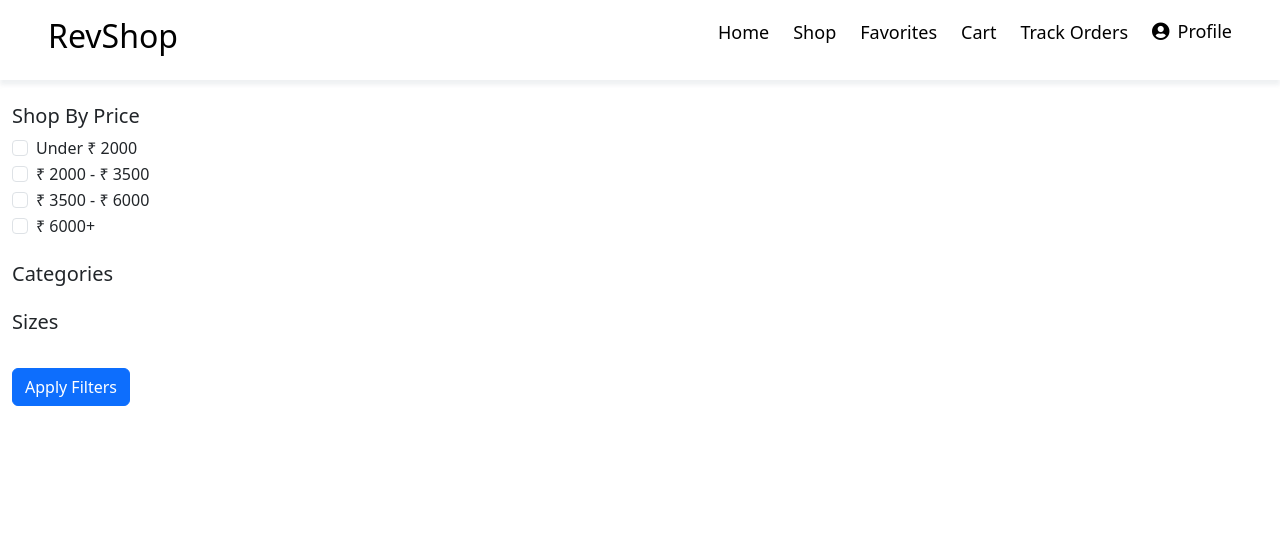
Repository: srikanth805/RevShopP2_Ecommerce
Page: http://localhost/view001
These files come from the project's save history. The page is drawn as it stood at one moment and after the next save; the edit follows.
The browser window is 1280 px wide. The pictures show the whole page.
Some web libraries are served in a nearby version. The page is this project's Thymeleaf template; nobody is signed in. The template is opened directly, without the code that normally fills it, so the values that code supplies are empty.

Above is the page before, as saved 2024-10-21 17:36:39.
Console error (its wording comes from the project's code and is left out).

After the next save:
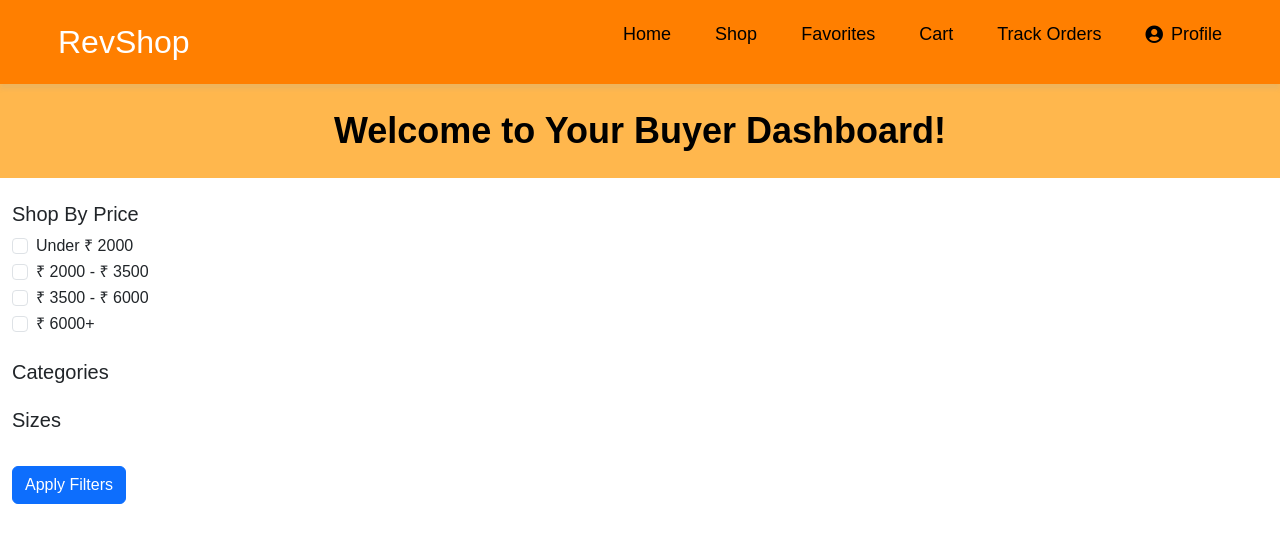
Saved 27 min 25 s later.
--- a/client-app/src/main/resources/templates/buyerNav.html
+++ b/client-app/src/main/resources/templates/buyerNav.html
@@ -12,6 +12,114 @@
 	integrity="sha384-QWTKZyjpPEjISv5WaRU9OFeRpok6YctnYmDr5pNlyT2bRjXh0JMhjY6hW+ALEwIH"
 	crossorigin="anonymous">
 <link rel="stylesheet" href="https://cdnjs.cloudflare.com/ajax/libs/font-awesome/5.15.4/css/all.min.css">
+<style>
+body {
+    font-family: 'Arial', sans-serif;
+    margin: 0;
+    padding: 0;
+}
+
+.navbar {
+    background-color: #FF7F00; /* Orange background for the navbar */
+    color: #fff; /* White text for navbar items */
+    padding: 10px;
+}
+
+.navbar-container {
+    display: flex;
+    justify-content: space-between;
+    align-items: center;
+    width: 100%;
+}
+
+.navbar input[type="checkbox"] {
+    display: none;
+}
+
+.hamburger-lines {
+    display: flex;
+    flex-direction: column;
+    cursor: pointer;
+    justify-content: space-between;
+    width: 25px;
+    height: 20px;
+}
+
+.line {
+    width: 100%;
+    height: 4px;
+    background-color: #fff; /* White hamburger lines */
+}
+
+.menu-items {
+    list-style: none;
+    display: flex;
+    gap: 20px;
+}
+
+.menu-items li {
+    font-size: 18px;
+}
+
+.menu-items a {
+    text-decoration: none;
+    color: #fff; /* White text for navbar links */
+}
+
+.menu-items .dropdown-content {
+    display: none;
+    position: absolute;
+    background-color: #333;
+    min-width: 160px;
+    z-index: 1;
+}
+
+.menu-items .dropdown:hover .dropdown-content {
+    display: block;
+}
+
+.menu-items .dropdown-content a {
+    color: #fff;
+    padding: 12px 16px;
+    text-decoration: none;
+    display: block;
+}
+
+.menu-items .dropdown-content a:hover {
+    background-color: #444;
+}
+
+.logo h2 {
+    margin: 0;
+    color: #fff; /* White color for logo */
+}
+
+.header {
+    background-color: #FFB74D; /* Light orange background for the header */
+    padding: 20px;
+    text-align: center;
+    color: black; /* Black text */
+    font-size: 36px;
+    font-weight: bold;
+}
+
+@media (max-width: 768px) {
+    .menu-items {
+        display: none;
+        width: 100%;
+        flex-direction: column;
+        gap: 10px;
+    }
+
+    .navbar input[type="checkbox"]:checked ~ .menu-items {
+        display: flex;
+    }
+
+    .hamburger-lines {
+        display: block;
+    }
+}
+</style>
 </head>
 
 <body>
@@ -33,7 +141,7 @@
 			            <i class="fas fa-user-circle"></i> Profile
 			        </a>
 			        <div class="dropdown-content">
-			            <a th:href="@{/api/v1/profile/buyer}"><i class="fas fa-id-badge"></i> My Profile</a>
+			            <a th:href="@{/api/v1/profile}"><i class="fas fa-id-badge"></i> My Profile</a>
 			            <a th:href="@{/api/v1/profile/edit}"><i class="fas fa-edit"></i> Edit Profile</a>
 			            <a th:href="@{/logout}"><i class="fas fa-sign-out-alt"></i> Logout</a>
 			        </div>
@@ -44,5 +152,9 @@
 			</div>
 		</div>
 	</nav>
+    <!-- Header section -->
+    <div class="header">
+        Welcome to Your Buyer Dashboard!
+    </div>
 </body>
 </html>
